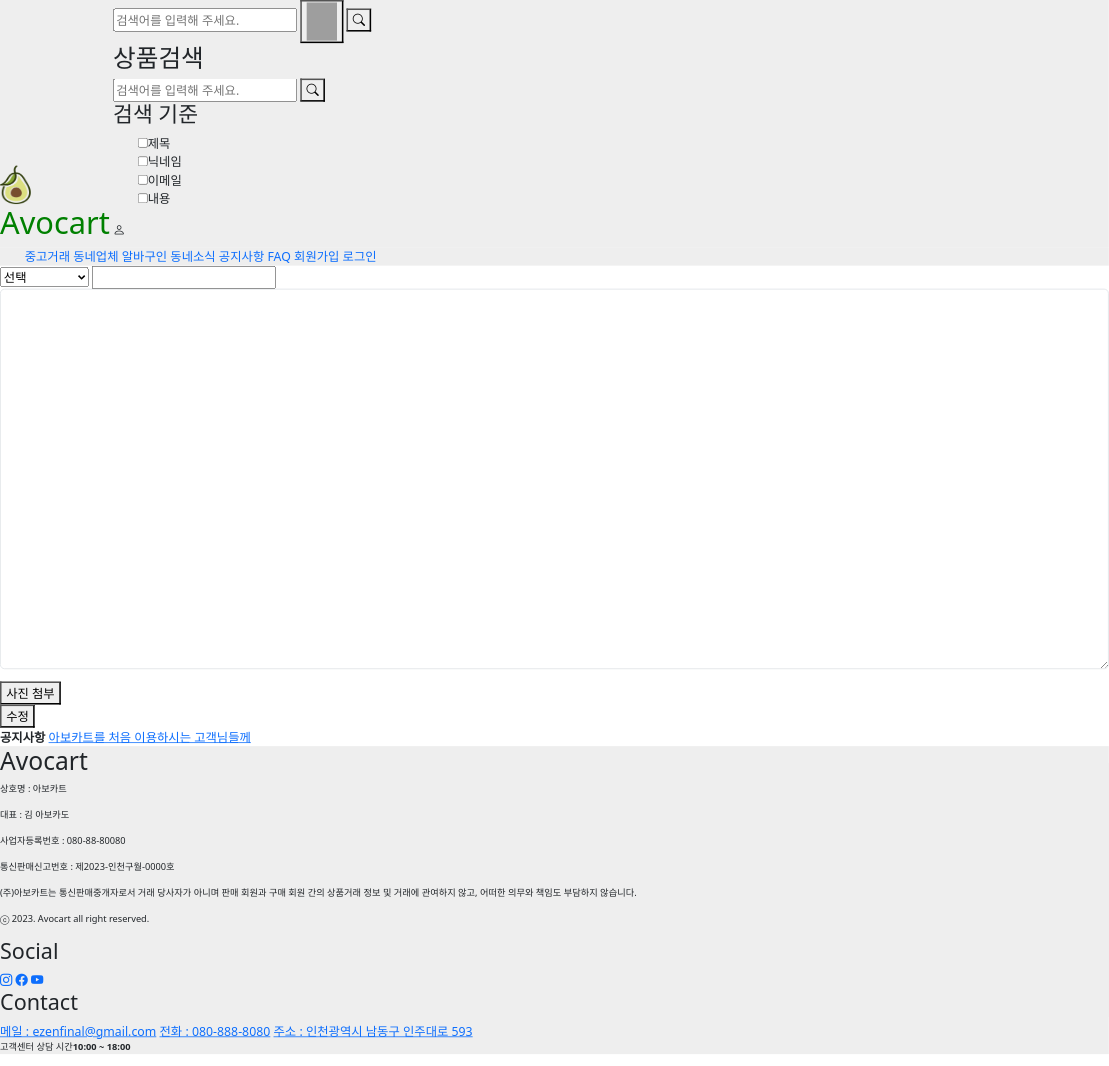
Repository: kimms0311/finalProject
Page: http://localhost/finalProject/WEB-INF/views/store/modify.jsp
An editor plug-in stored every save of this project. The page is shown before and after the next save, followed by the edit.
The browser window is 1280 px wide. The page is 1440 px wide, so the pictures cover 1440 px, including what lies to the right of the window. The pictures show the whole page, at 77% of full size.
Pictures or frames that could not be fetched are drawn as grey boxes. The page is served by Tomcat 9. Nobody is signed in. Other server files are loaded and not shown. The template is opened directly, without the code that normally fills it, so the values that code supplies are empty.

Above is the page before, as saved 2023-11-24 09:18:53.
Console error: TypeError: Cannot read properties of null (reading 'addEventListener')

### finalProject/src/main/webapp/WEB-INF/views/store/modify.jsp
<%@ page language="java" contentType="text/html; charset=UTF-8"
    pageEncoding="UTF-8"%>
<%@ taglib prefix="c" uri="http://java.sun.com/jsp/jstl/core"%>
<%@ taglib prefix="fn" uri="http://java.sun.com/jsp/jstl/functions"%>
<!DOCTYPE html>
<html>
<head>
<meta charset="UTF-8">
<title>Store Modify</title>
</head>
<body class="bodyContainer">
<jsp:include page="../common/header.jsp" />
<c:set value="${sdto.pvo }" var="svo" />
<form action="/store/modify" method="post" enctype="multipart/form-data">
<input type="hidden" name="proBno" value="${svo.proBno }">
<input type="hidden" name="proCategory" value="store">
<select name="proMenu" id="proMenu">
	<option value="unselect" disabled="disabled" selected="selected">선택</option>
	<option value="과외/클래스" ${svo.proMenu eq '과외/클래스' ? 'selected' : '' }>과외/클래스</option>
	<option value="반려동물" ${svo.proMenu eq '반려동물' ? 'selected' : '' }>반려동물</option>
	<option value="병원/약국" ${svo.proMenu eq '병원/약국' ? 'selected' : '' }>병원/약국</option>
	<option value="뷰티샵" ${svo.proMenu eq '뷰티샵' ? 'selected' : '' }>뷰티샵</option>
	<option value="세탁소" ${svo.proMenu eq '세탁소' ? 'selected' : '' }>세탁소</option>
	<option value="수리" ${svo.proMenu eq '수리' ? 'selected' : '' }>수리</option>
	<option value="운동" ${svo.proMenu eq '운동' ? 'selected' : '' }>운동</option>
	<option value="육아" ${svo.proMenu eq '육아' ? 'selected' : '' }>육아</option>
	<option value="음식점" ${svo.proMenu eq '음식점' ? 'selected' : '' }>음식점</option>
	<option value="이사/용달" ${svo.proMenu eq '이사/용달' ? 'selected' : '' }>이사/용달</option>
	<option value="인테리어 시공" ${svo.proMenu eq '인테리어 시공' ? 'selected' : '' }>인테리어 시공</option>
	<option value="청소" ${svo.proMenu eq '청소' ? 'selected' : '' }>청소</option>
	<option value="취미" ${svo.proMenu eq '취미' ? 'selected' : '' }>취미</option>
	<option value="카페/디저트" ${svo.proMenu eq '카페/디저트' ? 'selected' : '' }>카페/디저트</option>
</select>
<input type="text" name="proTitle" id ="title" value="${svo.proTitle }">
<textarea class="form-control" name="proContent" id="content" rows="20">
${svo.proContent }
</textarea>

<c:set value="${sdto.mlist }" var="mlist"></c:set>
<c:if test="${not empty mlist}">
<h4>메뉴</h4>
<div>
    <ul>
        <c:forEach items="${mlist}" var="mvo">
            <li>
               <%--  <c:if test="${not empty mlist}"> --%>
                    <div>
                        메뉴 : <input value="${mvo.strMenu}"></input>
                        가격 : <input value="${mvo.strPrice}"></input>
                        설명 : <input value="${mvo.strExplain}"></input>
                    </div>
                <%-- </c:if> --%>
            </li>
        </c:forEach>
    </ul>
</div>
</c:if>

<!-- 파일 표시란 -->
 <c:set value="${sdto.flist }" var="flist"></c:set>
 <div>
 	<ul>
 		<c:forEach items="${flist }" var="fvo">
 			<li >
 				<c:choose>
 					<c:when test="${fvo.fileType > 0 }">
 						<div>
 							<img alt="" src="/upload/product/${fn:replace(fvo.saveDir,'\\','/')}/${fvo.uuid}_th_${fvo.fileName}">
 						</div>
 					</c:when>
 				</c:choose>
 				<div>
 					<button type="button" data-uuid="${fvo.uuid }" class="file-x">X</button>
 				</div>
 			</li>
 		</c:forEach>
 	</ul>
 </div>

<input type="file" name="files" id="files" accept="image/*" style="display:none;" multiple="multiple">
<button type="button" id="trigger">사진 첨부</button>
<div id="fileZone">
<!-- 이미지 미리보기 -->
</div>
<button type="submit" id="regBtn">수정</button>
</form>
<script type="text/javascript" src="/resources/js/storeBoardRegister.js"></script>
<script type="text/javascript" src="/resources/js/storeBoardModify.js"></script>
<jsp:include page="../common/footer.jsp" />
</body>
</html>

### finalProject/src/main/webapp/WEB-INF/views/common/header.jsp
<%@ page language="java" contentType="text/html; charset=UTF-8"
    pageEncoding="UTF-8"%>
<%@ taglib uri="http://java.sun.com/jsp/jstl/core" prefix="c"%>
<%@ taglib uri="http://www.springframework.org/security/tags" prefix="sec" %>
<!DOCTYPE html>
<html>
<head>
<meta charset="UTF-8">
<title>Insert title here</title>
<link rel="stylesheet" href="../resources/css/page.css">
<link href="https://cdn.jsdelivr.net/npm/bootstrap@5.3.1/dist/css/bootstrap.min.css" rel="stylesheet" integrity="sha384-4bw+/aepP/YC94hEpVNVgiZdgIC5+VKNBQNGCHeKRQN+PtmoHDEXuppvnDJzQIu9" crossorigin="anonymous">
<script src="https://cdn.jsdelivr.net/npm/bootstrap@5.3.1/dist/js/bootstrap.bundle.min.js" integrity="sha384-HwwvtgBNo3bZJJLYd8oVXjrBZt8cqVSpeBNS5n7C8IVInixGAoxmnlMuBnhbgrkm" crossorigin="anonymous"></script>
<link rel="stylesheet" href="https://cdn.jsdelivr.net/npm/bootstrap-icons@1.10.5/font/bootstrap-icons.css">
</head>
<body>

<div class="headerContainer">
   <header>
      <div class="logoSec">
         <img alt="logo" src="../resources/image/avocartLogo.png">
         <h1><a href="/">Avocart</a></h1>
      </div>
      <div class="searchSec">
         <form action="/common/search" method="post">
            <input type="search" id="searchInput" placeholder="검색어를 입력해 주세요.">
            <button type="button"><img width="24" height="24" src="https://img.icons8.com/plumpy/24/macos-close.png" alt="macos-close"/></button>
            <button type="button" class="openMenu">
               <i class="bi bi-search"></i>
            </button>
            <div class="searchMenu off">
               <h2>상품검색</h2>
               <input type="search" id="keyword" name="keyword" placeholder="검색어를 입력해 주세요.">
               <button type="submit">
                  <i class="bi bi-search"></i>
               </button>
               <h3>검색 기준</h3>
               <ul>
                  <li><input type="checkbox" name="srcCondit" id="ck_title" value="title"><label for="ck_title">제목</label></li>
                  <li><input type="checkbox" name="srcCondit" id="ck_nickname" value="nickname"><label for="ck_nickname">닉네임</label></li>
                  <li><input type="checkbox" name="srcCondit" id="ck_email" value="email"><label for="ck_email">이메일</label></li>
                  <li><input type="checkbox" name="srcCondit" id="ck_content" value="content"><label for="ck_content">내용</label></li>
               </ul>
               <!-- <h3>게시판 선택</h3>
               <ul>
                  <li><input type="checkbox" name="srcCondit" id="title" value="title"><label for="title">제목</label></li>
                  <li><input type="checkbox" name="srcCondit" id="nickname" value="nickname"><label for="nickname">닉네임</label></li>
                  <li><input type="checkbox" name="srcCondit" id="email" value="email"><label for="email">이메일</label></li>
                  <li><input type="checkbox" name="srcCondit" id="content" value="content"><label for="content">내용</label></li>
               </ul> -->
               <!-- <button type="button" id="checkCondit">확인</button> -->
            </div>
         </form>
         <i id="my" class="bi bi-person"></i>
         <!-- 로그인 후 오픈되어야 할 메뉴 -->
         <sec:authorize access="isAuthenticated()">
           <sec:authentication property="principal.mvo.memEmail" var="authEmail" />
            <div id="myMenu" class="off">
               <ul>
                  <li><a href="/hmember/detail?memEmail=${authEmail }">마이페이지</a></li>
                  <li><a href="#" id="logoutLink">로그아웃</a></li>
                  <form action="/member/logout" method="post" id="logoutForm">
                       <input type="hidden" name="memEmail" value="${authEmail }">
                  </form>
               </ul>
            </div>
         </sec:authorize>
      </div>
   </header>
   <nav>
      <ul>
         <li><a href="/joongo/list">중고거래</a></li>
         <li><a href="/store/list">동네업체</a></li>
         <li><a href="/job/list">알바구인</a></li>
         <li><a href="/community/list">동네소식</a></li>
         <li><a href="#">공지사항</a></li>
         <li><a href="#">FAQ</a></li>

           <!-- 로그인 전 오픈되어야 할 메뉴 -->
         <sec:authorize access="isAnonymous()">
            <li><a href="/member/register">회원가입</a></li>
            <li><a href="/member/login">로그인</a></li>
         </sec:authorize>
      </ul>
   </nav>
</div>

<script type="text/javascript" src="/resources/js/header.js"></script>
</body>
</html>

### finalProject/src/main/webapp/WEB-INF/views/common/footer.jsp
<%@ page language="java" contentType="text/html; charset=UTF-8"
    pageEncoding="UTF-8"%>
<!DOCTYPE html>
<html>
<head>
<meta charset="UTF-8">
<title>Insert title here</title>
</head>
<body>
<footer>
	<section class="infoSec">
		<div>
			<b>공지사항</b>
			<a href="#">아보카트를 처음 이용하시는 고객님들께</a>
		</div>
	</section>
	<div class="footerContainer">
		<div class="mainSec">
			<h2>Avocart</h2>
			<p>상호명 : 아보카트</p>
			<p>대표 : 김 아보카도</p>
			<p>사업자등록번호 : 080-88-80080</p>
			<p>통신판매신고번호 : 제2023-인천구월-0000호</p>
			<p>(주)아보카트는 통신판매중개자로서 거래 당사자가 아니며 판매 회원과 구매 회원 간의 상품거래 정보 및 거래에 관여하지 않고, 어떠한 의무와 책임도 부담하지 않습니다.</p>
			<p>ⓒ 2023. Avocart all right reserved.</p>
		</div>
		<div class="socialSec">
			<h3>Social</h3>
			<a href="#"><i class="bi bi-instagram"></i></a>
			<a href="#"><i class="bi bi-facebook"></i></a>
			<a href="#"><i class="bi bi-youtube"></i></a>
		</div>
		<div class="contactSec">
			<h3>Contact</h3>
			<a href="mailto:ezenFinal@gmail.com">메일 : ezenfinal@gmail.com</a>
			<a href="tel:080-888-8080">전화 : 080-888-8080</a>
			<a href="https://kko.to/k2pByw0PdA" target="_blank">주소 : 인천광역시 남동구 인주대로 593</a>
			<p>고객센터 상담 시간<b>10:00 ~ 18:00</b></p>
		</div>
	</div>
</footer>
</body>
</html>

### finalProject/src/main/webapp/resources/css/page.css
@import url("reset.css");
@import url("global.css");

### finalProject/src/main/webapp/resources/js/header.js
//프로필 버튼 클릭시 메뉴 나타나게(토글)
document.getElementById('my').addEventListener('click',()=>{
    if(document.getElementById('myMenu').classList.contains('off')){
        document.getElementById('myMenu').style = "display:inline-block";
        document.getElementById('myMenu').classList.remove('off');
        document.getElementById('myMenu').classList.add('on');

    }else{
        document.getElementById('myMenu').style = "display:none";
        document.getElementById('myMenu').classList.remove('on');
        document.getElementById('myMenu').classList.add('off');
    }
})

//로그아웃
document.getElementById('logoutLink').addEventListener('click', (e)=>{
	e.preventDefault(); //기존에 있던 이벤트를 없애는 형태
	document.getElementById('logoutForm').submit();
})

### finalProject/src/main/webapp/resources/js/storeBoardRegister.js
//파일 첨부
document.getElementById('trigger').addEventListener('click',()=>{
    document.getElementById('files').click();
});

const regExpImg = new RegExp("\.(jpg|jpeg|png|gif)$");
const maxSize = 1024*1024*20;

function fileValidation(fileName, fileSize){
    if(!regExpImg.test(fileName)){
        return 0;
    }else
    if(fileSize > maxSize){
        return 0;
    }else {
        return 1;
    }
}

document.addEventListener('change', (e) => {
    if (e.target.id == 'files') {
        document.getElementById('regBtn').disabled = false;
        const fileObj = document.getElementById('files').files;
        let div = document.getElementById('fileZone');
        div.innerHTML = "";
        let isOk = 1;
        let ul = `<ul>`;

        for (let file of fileObj) {
            let validResult = fileValidation(file.name, file.size);
            isOk *= validResult;

            if (validResult) {
                ul += `<li>`;
                ul += `<div>`;

                var reader = new FileReader();
                reader.onload = function(e) {
                    var img = document.createElement("img");
                    img.setAttribute("src", e.target.result);
                    img.setAttribute("style", "max-width: 100px; max-height: 100px; margin-right: 10px;");
                    document.querySelector("div#fileZone").appendChild(img);
                };
                reader.readAsDataURL(file);
                ul += `</div>`;
                ul += `</li>`;
            }
        }
        ul += `</ul>`;
        div.innerHTML = ul;

        if (isOk == 0) {
            document.getElementById('regBtn').disabled = true;
        }
    }
});

//등록 버튼 클릭 시 alert
document.getElementById('regBtn').addEventListener('click', (e) => {
    var selectedValue = document.getElementById('proMenu').value;
    var titleValue = document.getElementById('title').value;
    var contentValue = document.getElementById('content').value;

    if (selectedValue === "unselect") {
        alert("옵션을 선택해 주세요.");
        //폼 제출 막음
        e.preventDefault();
    } else {
        if (titleValue == "" || titleValue == null || contentValue == "" || contentValue == null) {
            alert("빈칸을 입력해 주세요.");
            e.preventDefault();
        }
    }
});

//메뉴 추가, 삭제 버튼
document.addEventListener('click', (e) => {
    let ul = document.getElementById("menuList");

    if (e.target.id === 'addMenu') {
        //li 생성
        let li = document.createElement('li');
        li.innerHTML = `
            메뉴 : <input type="text" name="menus">
            가격 : <input type="text" name="prices">
            설명 : <input type="text" name="explains">
            <button type="button" id="delMenu">삭제</button>
        `;
        //li 추가
        ul.appendChild(li);
    } else if (e.target.id === 'delMenu') {
        //li 삭제
        e.target.closest('li').remove();
    }
});

### finalProject/src/main/webapp/resources/js/storeBoardModify.js
//파일 삭제
async function removeFileToServer(uuid){
    try{
        const url = '/store/file/'+uuid;
        const config ={
            method: 'delete'
        };
        const resp = await fetch(url, config);
        const result = await resp.text();
        return result;
    }catch(err){
        console.log(err);
    }
}

document.addEventListener('click',(e)=>{
    if(e.target.classList.contains('file-x')){
        removeFileToServer(e.target.dataset.uuid).then(result =>{
            if(parseInt(result)){
                e.target.closest('li').remove();
                location.reload();
            }
        })
    }
})

//메뉴 삭제
async function removeMenuToServer(id){
    try{
        const url = '/store/menu/'+id;
        const config ={
            method: 'delete'
        };
        const resp = await fetch(url, config);
        const result = await resp.text();
        return result;
    }catch(err){
        console.log(err);
    }
}

document.addEventListener('click',(e)=>{
    if(e.target.classList.contains('menu-x')){
        removeMenuToServer(e.target.dataset.id).then(result =>{
            if(parseInt(result)){
                e.target.closest('li').remove();
                location.reload();
            }
        })
    }
})

### finalProject/src/main/webapp/resources/css/global.css
.headerContainer{
}
header{
	width: 1440px;
	margin: 0 auto;
	background-color: #eeeeee;
}
header>*{
	display: inline-block;
}
header img{
	width: 40px;
	height: 50px;
}
header h1 a{
	text-decoration: none;
	color: green;
}
nav{
	width: 1440px;
	margin: 0 auto;
	background-color: #eeeeee;

}
nav ul{
	display: inline;
}
nav ul li{
	display: inline-block;
}
nav ul li a{
	text-decoration: none;

}


.bodyContainer{
	margin: 0 auto;
	width: 1440px;
}

footer .footerContainer{
	margin: 0 auto;
	width: 1440px;
	background-color: #eeeeee;

}

footer{
}
footer p{
	display: block;
	font-size: 12px;
}

Loaded but not shown: finalProject/src/main/webapp/resources/css/reset.css (common file)

After the next save:
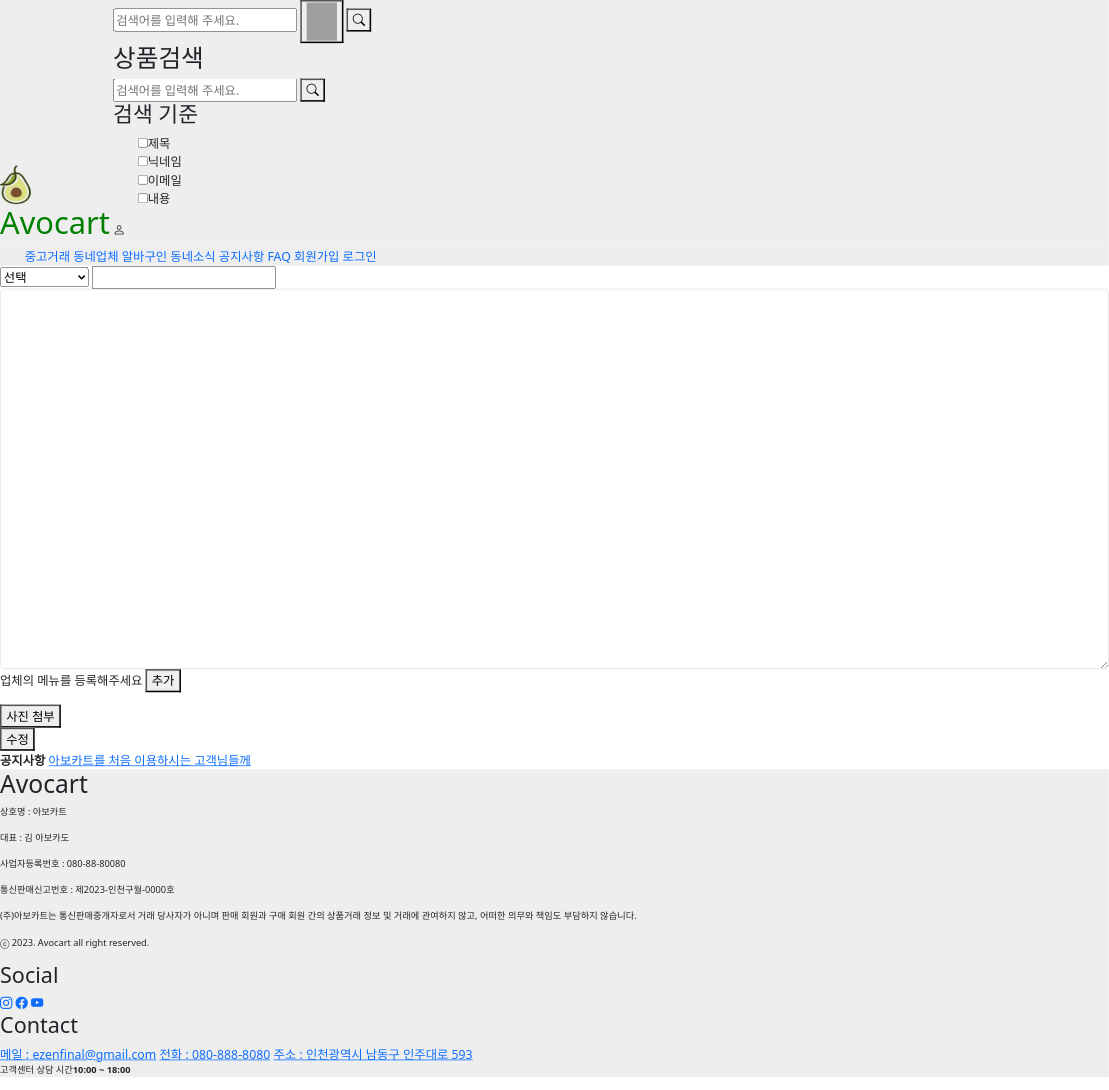
Saved 85 s later.
--- a/finalProject/src/main/webapp/WEB-INF/views/store/modify.jsp
+++ b/finalProject/src/main/webapp/WEB-INF/views/store/modify.jsp
@@ -36,11 +36,12 @@
 ${svo.proContent }
 </textarea>
 
+<div id="menuContainer">
+업체의 메뉴를 등록해주세요
+<button type="button" id="addMenu">추가</button>
+<ul id="menuList">
 <c:set value="${sdto.mlist }" var="mlist"></c:set>
 <c:if test="${not empty mlist}">
-<h4>메뉴</h4>
-<div>
-    <ul>
         <c:forEach items="${mlist}" var="mvo">
             <li>
                <%--  <c:if test="${not empty mlist}"> --%>
@@ -52,9 +53,10 @@ ${svo.proContent }
                 <%-- </c:if> --%>
             </li>
         </c:forEach>
-    </ul>
+</c:if>
+</ul>
 </div>
-</c:if>
+
 
 <!-- 파일 표시란 -->
  <c:set value="${sdto.flist }" var="flist"></c:set>
